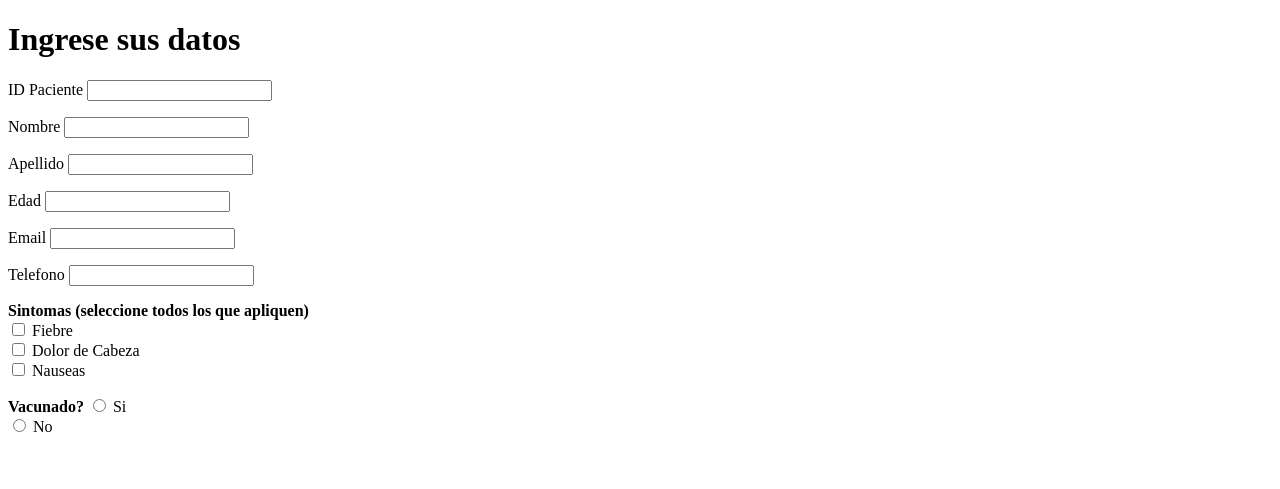
Repository: Divineridh/LPPAChallenges
Page: Trabajos en Clase/ejercicio forms covid/index.html
The author's editor kept a copy of each file at every save. The page is drawn from the files as they stood at one save, then again after the next save.
The browser window is 1280 px wide. The pictures show the whole page.

Above is the page before, as saved 2022-04-19 21:06:49.

After the next save:
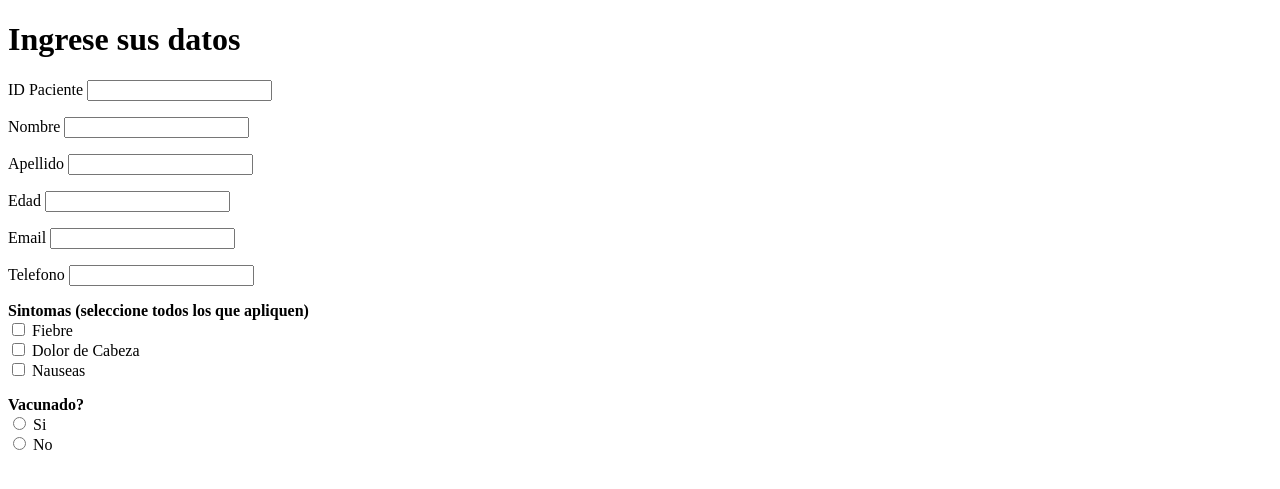
Saved 23 s later.
--- a/Trabajos en Clase/ejercicio forms covid/index.html
+++ b/Trabajos en Clase/ejercicio forms covid/index.html
@@ -43,7 +43,7 @@
             <label for="nauseas">Nauseas</label>
         </p>
         <p>
-            <b>Vacunado?</b>
+            <b>Vacunado?</b> <br>
             <input type="radio" id="sivacuna" name="sivacuna">
             <label for="sivacuna">Si</label> <br>
             <input type="radio" id="novacuna" name="novacuna">
